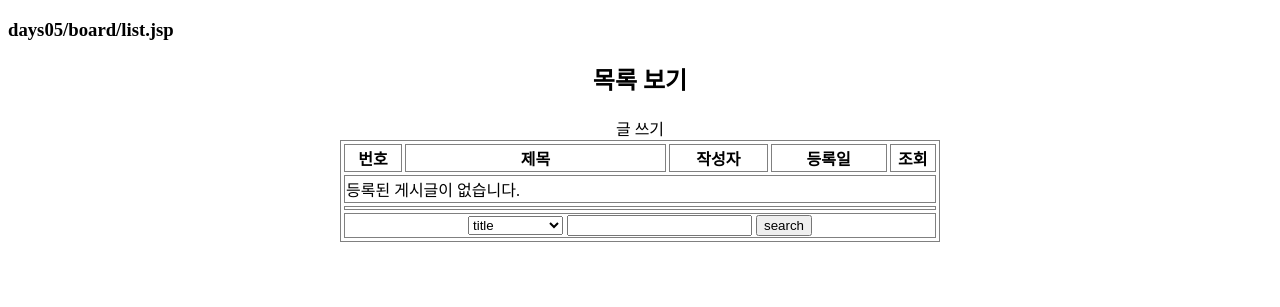
Repository: JavaYoo/kakao-emoticon-web-clone
Page: http://localhost/jspPro/days08/board/list.jsp
An editor plug-in stored every save of this project. The page is shown before and after the next save, followed by the edit.
The browser window is 1280 px wide. The pictures show the whole page.
The page is served by Tomcat 9. Other server files are loaded and not shown.

Above is the page before, as saved 2022-06-20 07:40:35.

### jspPro/src/main/webapp/days08/board/list.jsp
<%@ page contentType="text/html; charset=UTF-8" pageEncoding="UTF-8"%>
<%@ taglib prefix="c" uri="http://java.sun.com/jsp/jstl/core" %>
<%@ include file="/include.jspf" %>
<!DOCTYPE html>
<html>
<head>
<meta charset="UTF-8">
<meta name="viewport" content="width=device-width, initial-scale=1.0">
<title>2022. 6. 20. - 오후 12:43:10</title>
<link rel="shortcut icon "type = "image/x-icon" href = "../images/SiSt.ico">
<script src="https://ajax.googleapis.com/ajax/libs/jquery/3.6.0/jquery.min.js"></script>
<style>
table, td, th {
   border: solid 1px gray;
}

table {
   border-spacing: 3px;
   border-collapse: separate;
}

table, tr, td {
   /* border-radius: 3px; */
   /* padding:3px;  */

}

tbody tr  td:nth-of-type(2) {
   text-align: left;
}

a {
   text-decoration: none;
   color: black;
}

a:hover {
   color: red;
}
</style>
<!-- 페이징 처리 style -->
<style>
.pagination {
   margin: 0 auto;
   display: flex;
   justify-content: center;
}

.pagination a {
   color: black;
   float: left;
   padding: 4px 8px;
   text-decoration: none;
   transition: background-color .3s;
}

.pagination a.active {
   background-color: dodgerblue;
   color: white;
}

.pagination a:hover:not (.active ) {
   background-color: #ddd;
}
</style>
<style>
.searchWord {
   background-color: yellow;
   color: red;
}
</style>
<style>
.title {
   display: inline-block;
   white-space: nowrap;
   width: 90%;
   overflow: hidden;
   text-overflow: ellipsis;
}
</style>
</head>
<body>

<h3>days05/board/list.jsp</h3>

<div align="center">
	<h2>목록 보기</h2>
	<a href="<%=contextPath %>/cstvsboard/write.htm">글 쓰기</a>
	<table style="width:600px">
		<thead>
			<tr>
				<th width="10%">번호</th>
				<th width="45%">제목</th>
				<th width="17%">작성자</th>
				<th width="20%">등록일</th>
				<th width="10%">조회</th>
			</tr>
		</thead>
		<tbody>
			<!-- EL 연산자 -->
			<c:if test="${ empty list }">
				<tr>
					<td colspan="5">등록된 게시글이 없습니다.</td>
				</tr>
			</c:if>
			<!-- not EL 연산자 -->
			<c:if test="${ not empty list }">
				<!-- request.setAttribute("list",list) -->
				<c:forEach items="${ list }" var="dto">
					<tr>
						<td>${ dto.seq }</td>
						<td>${ dto.title }</td>
						<td>${ dto.writer }</td>
						<td>${ dto.writedate }</td>
						<td>${ dto.readed }</td>
					</tr>
				</c:forEach>
			</c:if>
		</tbody>
		<tfoot>
			<tr>
				<td colspan="5" align="center">
					<div class="pagination">
					<%--
					<a href="#" class="active">1</a>
					<a href="<%= contextPath%>/cstvsboard/list.htm?currentpage=2">2</a>
					<a href="<%= contextPath%>/cstvsboard/list.htm?currentpage=3">3</a>
					<a href="<%= contextPath%>/cstvsboard/list.htm?currentpage=4">4</a>
					<a href="<%= contextPath%>/cstvsboard/list.htm?currentpage=5">5</a>
					<a href="<%= contextPath%>/cstvsboard/list.htm?currentpage=6">6</a>
					<a href="<%= contextPath%>/cstvsboard/list.htm?currentpage=7">7</a>
					<a href="<%= contextPath%>/cstvsboard/list.htm?currentpage=8">8</a>
					<a href="<%= contextPath%>/cstvsboard/list.htm?currentpage=9">9</a>
					<a href="<%= contextPath%>/cstvsboard/list.htm?currentpage=10">10</a>
					<a href="<%= contextPath%>/cstvsboard/list.htm?currentpage=11">&raquo;</a>
					--%>
					<!-- request.setAttribute("pageBlock", pageBlock); -->

					<c:if test="${ pageBlock.prev }">
						<a href="<%= contextPath%>/cstvsboard/list.htm?currentpage=${pageBlock.startOfPageBlock -1 }">&laquo;</a>
					</c:if>

					<c:if test="${ pageBlock.next }">
						<a href="<%= contextPath%>/cstvsboard/list.htm?currentpage=${pageBlock.endOfPageBlock +1 }">&raquo;</a>
					</c:if>
					</div>
				</td>
			</tr>
			<tr>
				<td colspan="5" align="center">
					<form>
						<select name="searchCondition" id="searchCondition">
			              <option value="1">title</option>
			              <option value="2">content</option>
			              <option value="3">writer</option>
			              <option value="4">title+content</option>
		            	</select>
		            	<input type="text" name="searchWord" id="searchWord" />
		            	<input type="submit" value="search" />
            		</form>
				</td>
			</tr>
		</tfoot>
	</table>
</div>


</body>
</html>

### jspPro/src/main/webapp/include.jspf
<%@ page contentType="text/html; charset=UTF-8" pageEncoding="UTF-8"%>
<%
    String contextPath = request.getContextPath();
    request.setCharacterEncoding("UTF-8");
%>

After the next save:
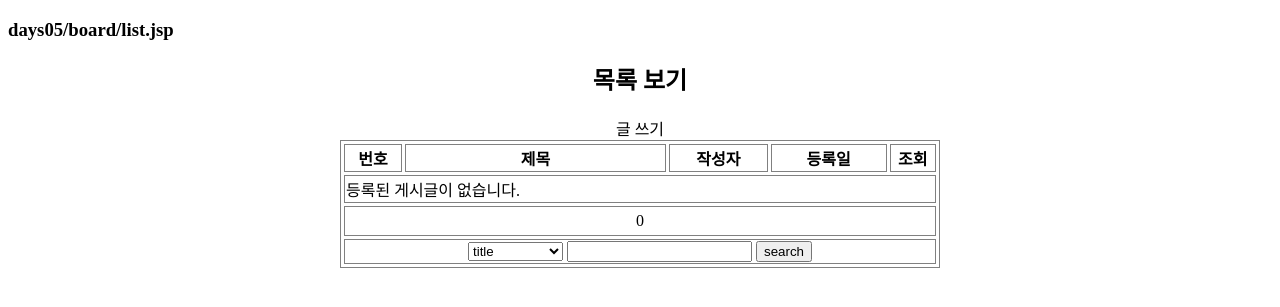
Saved 2 min 39 s later.
--- a/jspPro/src/main/webapp/days08/board/list.jsp
+++ b/jspPro/src/main/webapp/days08/board/list.jsp
@@ -135,11 +135,14 @@
 					<a href="<%= contextPath%>/cstvsboard/list.htm?currentpage=11">&raquo;</a>
 					--%>
 					<!-- request.setAttribute("pageBlock", pageBlock); -->
-
+					<!-- << -->
 					<c:if test="${ pageBlock.prev }">
 						<a href="<%= contextPath%>/cstvsboard/list.htm?currentpage=${pageBlock.startOfPageBlock -1 }">&laquo;</a>
 					</c:if>
-
+					<c:forEach begin="${ pageBlock.startOfPageBlock }" end="${ pageBlock.endOfPageBlock }" step="1" var="i">
+						<a href="<%= contextPath%>/cstvsboard/list.htm?currentpage=${ i }">${ i }</a>
+					</c:forEach>
+					<!-- >> -->
 					<c:if test="${ pageBlock.next }">
 						<a href="<%= contextPath%>/cstvsboard/list.htm?currentpage=${pageBlock.endOfPageBlock +1 }">&raquo;</a>
 					</c:if>

After the 2 saves that followed:
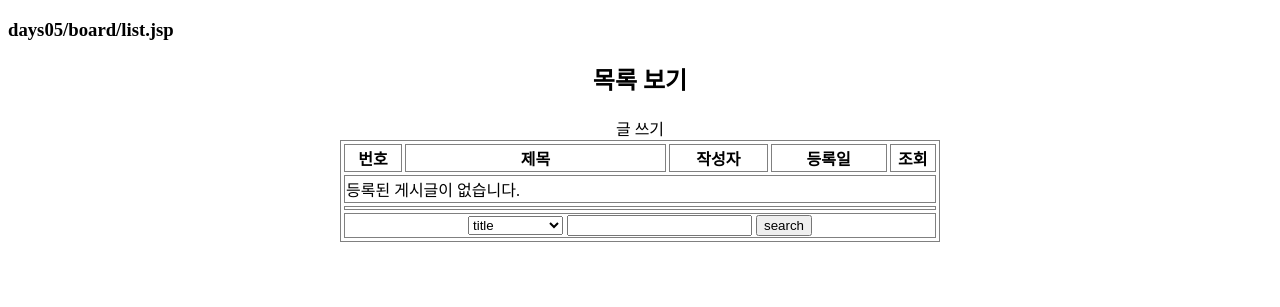
The 2 saves are shown as one change because 1 left the picture as it was.
The last was saved 4 min 33 s later.
--- a/jspPro/src/main/webapp/days08/board/list.jsp
+++ b/jspPro/src/main/webapp/days08/board/list.jsp
@@ -140,11 +140,17 @@
 						<a href="<%= contextPath%>/cstvsboard/list.htm?currentpage=${pageBlock.startOfPageBlock -1 }">&laquo;</a>
 					</c:if>
 					<c:forEach begin="${ pageBlock.startOfPageBlock }" end="${ pageBlock.endOfPageBlock }" step="1" var="i">
-						<a href="<%= contextPath%>/cstvsboard/list.htm?currentpage=${ i }">${ i }</a>
+						<c:if test="">
+							<a href="#" class="active">${i}</a>
+						</c:if>
+						<c:if test="">
+							<a href="<%= contextPath%>/cstvsboard/list.htm?currentpage=${ i }">${ i }</a>
+						</c:if>
+
 					</c:forEach>
 					<!-- >> -->
 					<c:if test="${ pageBlock.next }">
-						<a href="<%= contextPath%>/cstvsboard/list.htm?currentpage=${pageBlock.endOfPageBlock +1 }">&raquo;</a>
+						<a href="<%= contextPath%>/cstvsboard/list.htm?currentpage=${ pageBlock.endOfPageBlock +1 }">&raquo;</a>
 					</c:if>
 					</div>
 				</td>
